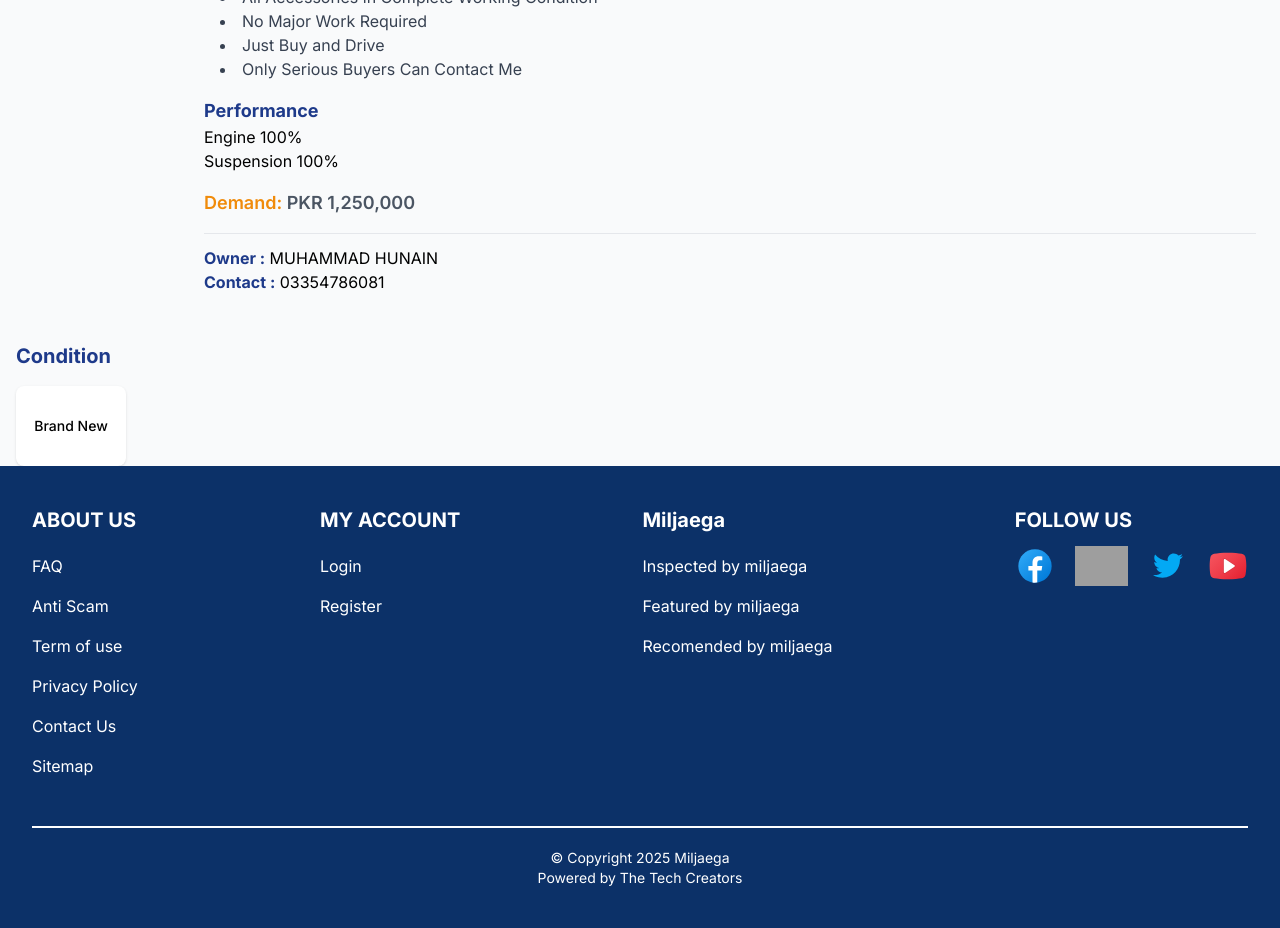
Repository: ARFA-SAEED/miljayega
Page: src/motorsPage/bikes_1.html
These files come from the project's save history. The page is drawn as it stood at one moment and after the next save; the edit follows.
The browser window is 1280 px wide. The pictures show the part of the page from y = 1202 to 2154 px (the page is 2130 px tall before and 2154 px after).
Pictures or frames that could not be fetched are drawn as grey boxes. Some web fonts or font styles are not loaded; a fallback is used. Some web libraries are served in a nearby version.

Above is the page before, as saved 2025-08-25 13:32:55.

### src/motorsPage/bikes_1.html
<!DOCTYPE html>
<html lang="en">

<head>
    <meta charset="utf-8" />
    <meta content="width=device-width, initial-scale=1.0" name="viewport" />
    <title>Miljaega.pk - Bikes 1</title>
    <script src="https://cdn.tailwindcss.com?plugins=forms,container-queries"></script>
    <link href="https://fonts.googleapis.com/css2?family=Inter:wght@400;500;600;700&display=swap" rel="stylesheet" />
    <link href="https://fonts.googleapis.com/css2?family=Poppins:wght@400;500;600;700&display=swap" rel="stylesheet" />
    <link href="https://fonts.googleapis.com/icon?family=Material+Icons" rel="stylesheet" />
    <link href="https://fonts.googleapis.com/css2?family=Lalezar&display=swap" rel="stylesheet">
    <link href="https://fonts.googleapis.com/css2?family=Noto+Nastaliq+Urdu&display=swap" rel="stylesheet">
    <script src="https://cdn.jsdelivr.net/npm/alpinejs@3.x.x/dist/cdn.min.js" defer></script>
    <script src="https://cdn.jsdelivr.net/npm/@tailwindcss/browser@4"></script>
    <link rel="stylesheet" href="./Css/miljaega-homepage.css">
    <!-- Font Awesome CDN -->
    <link href="https://cdnjs.cloudflare.com/ajax/libs/font-awesome/6.5.2/css/all.min.css" rel="stylesheet">

    <link rel="stylesheet" href="https://cdnjs.cloudflare.com/ajax/libs/font-awesome/7.0.0/css/all.min.css"
        integrity="sha512-DxV+EoADOkOygM4IR9yXP8Sb2qwgidEmeqAEmDKIOfPRQZOWbXCzLC6vjbZyy0vPisbH2SyW27+ddLVCN+OMzQ=="
        crossorigin="anonymous" referrerpolicy="no-referrer" />
</head>

<body class="bg-gray-50">

    <!-- Header -->
    <header class="bg-white shadow-sm fixed top-0 z-50 w-full">
        <div class="lg:mx-auto 2xl:mx-20 relative py-3 container px-4 sm:px-6">
            <div class="flex justify-between items-center py-3">
                <!-- Left: Logo -->
                <div class="flex-shrink-0">
                    <img src="../../../assets/images/logo.svg" alt="Logo" class="h-8 sm:h-10" />
                </div>

                <!-- Center Nav (Desktop) -->
                <nav
                    class="hidden xl:flex absolute 2xl:ms-[440px] left-1/2 transform -translate-x-1/2 space-x-6 text-sm font-medium text-gray-600">
                    <div class="flex justify-center mt-2">
                        <div class="inline-flex rounded-lg shadow-md bg-white overflow-hidden">
                            <a href="#"
                                class="px-6 py-3 text-sm font-medium text-white bg-blue-900 hover:bg-blue-900 transition duration-300 flex items-center">
                                <i class="fa-solid fa-list mr-2"></i> ALL
                            </a>
                            <a href="#"
                                class="px-6 py-3 text-sm font-medium text-pak-green hover:bg-[rgb(220,228,245)] flex items-center">
                                <i class="fa-solid fa-circle-plus mr-2"></i> NEW
                            </a>
                            <a href="#"
                                class="px-6 py-3 text-sm font-medium text-pak-green hover:bg-[rgb(220,228,245)] flex items-center">
                                <i class="fa-solid fa-recycle mr-2"></i> USED
                            </a>
                            <a href="#"
                                class="px-6 py-3 text-sm font-medium text-pak-green hover:bg-[rgb(220,228,245)] flex items-center">
                                <i class="fa-solid fa-key mr-2"></i> RENT
                            </a>
                            <a href="#"
                                class="px-6 py-3 text-sm font-medium text-pak-green hover:bg-[rgb(220,228,245)] flex items-center">
                                <i class="fa-solid fa-arrow-right-arrow-left mr-2"></i> Exchange
                            </a>
                        </div>
                    </div>
                </nav>

                <!-- Mobile Hamburger -->
                <button id="mobileMenuToggle" class="block xl:hidden text-gray-700 hover:text-primary-green">
                    <svg class="w-7 h-7" fill="none" stroke="currentColor" stroke-width="2" viewBox="0 0 24 24">
                        <path stroke-linecap="round" stroke-linejoin="round" d="M4 6h16M4 12h16M4 18h16"></path>
                    </svg>
                </button>
            </div>
        </div>
    </header>

    <!-- Mobile Menu -->
    <div id="mobileMenu"
        class="xl:hidden hidden bg-white shadow-md fixed top-[72px] left-0 right-0 z-40 max-h-[calc(100vh-72px)] overflow-y-auto">
        <div class="px-4 py-4 space-y-4 text-sm font-medium text-gray-700">
            <div class="flex justify-around text-center gap-2 flex-wrap">
                <a href="#" class="flex flex-col items-center gap-1 hover:text-primary-green">
                    <img src="./images/second-hand.png" class="w-6 h-6" /> Used
                </a>
                <a href="#" class="flex flex-col items-center gap-1 hover:text-primary-green">
                    <img src="./images/new.png" class="w-6 h-6" /> New
                </a>
                <a href="#" class="flex flex-col items-center gap-1 hover:text-primary-green">
                    <img src="./images/exchange.png" class="w-6 h-6" /> Exchange
                </a>
                <a href="#" class="flex flex-col items-center gap-1 hover:text-primary-green">
                    <img src="./images/rent.png" class="w-6 h-6" /> Rentals
                </a>
            </div>
        </div>
    </div>

    <!-- Spacer -->
    <div class="pt-[72px]"></div>

    <!-- Images Section -->
    <div class="container mx-auto px-4 mt-12">
        <div class="grid grid-cols-1 lg:grid-cols-2 gap-3">
            <div>
                <img class="w-full h-[250px] sm:h-[400px] lg:h-[513px] object-cover rounded-lg lg:rounded-l-[10px]"
                    src="https://auto.yugatech.com/wp-content/uploads/2022/09/2023-Honda-BRV-Main-2048x1024.jpg" alt="">
            </div>
            <div class="flex flex-col gap-3">
                <img class="w-full h-[200px] sm:h-[250px] object-cover rounded-lg lg:rounded-tr-[10px]"
                    src="https://hondaotodalat.com.vn/wp-content/uploads/2020/02/honda_BRV_hondaotovovankiet_vn_15.jpg"
                    alt="">
                <img class="w-full h-[200px] sm:h-[250px] object-cover rounded-lg lg:rounded-br-[10px]"
                    src="https://d31sro4iz4ob5n.cloudfront.net/upload/car/br-v-2024/feature/interior/br-v-2024-lhd-amplio-confort-y-versatilidad.jpg"
                    alt="">
            </div>
        </div>
    </div>

    <!-- Title & Buttons -->
    <div class="container mx-auto px-4 mt-6 flex flex-col lg:flex-row justify-between items-start gap-4">
        <h1 class="font-bold text-blue-900 text-xl lg:text-2xl">
            Honda BR-V (2022) MODEL | 7-Seater Crossover
        </h1>
        <div class="flex flex-wrap gap-3">
            <button class="border border-[#F08B0B] text-[#F08B0B] font-semibold rounded px-5 py-2 flex items-center">
                <i class="fa-solid fa-phone me-2"></i> Call
            </button>
            <button class="bg-blue-900 hover:bg-blue-800 text-white rounded px-5 py-2 flex items-center">
                <i class="fa-solid fa-comment me-2"></i> Chat Now
            </button>
            <button class="bg-[#4ABD7A] text-white rounded px-3 py-2 flex items-center">
                <i class="fa-brands fa-whatsapp text-lg"></i>
            </button>
            <div class="flex items-center gap-2">
                <img class="rounded-full h-10 w-10"
                    src="https://tse3.mm.bing.net/th/id/OIP.WpIMP_W3gb5bZ81rA-K2YgHaHa?pid=Api&P=0&h=220" alt="">
                <span class="text-[#F08B0B]">See Profile</span>
            </div>
        </div>
    </div>


    <!-- Price -->
    <div class="container mx-auto px-4 mt-4">
        <h1 class="text-blue-900 font-bold text-xl lg:text-2xl">
            <span class="text-lg text-[#F08B0B]">PKR</span> 1,250,000
        </h1>
        <p class="text-gray-600 text-sm mt-5 pb-3 border-b border-gray-300 border-b-2 w-[750px]">Added 3 days ago</p>
    </div>

    <div class=" p-6 ms-[180px] space-y-4">
        <h3 class="text-2xl font-bold text-blue-900">Description</h3>

        <p><span class="font-semibold text-[#F08B0B]">Registered :</span> Karachi</p>

        <ol class="list-style-type-non list-inside space-y-1 text-gray-700">
            <li><span class="font-bold text-lg ms-1 text-blue-900">Car Features</span></li>
            <ul class="list-disc  list-inside ml-4">
                <li>Honda BR-V (2022) is up for sale in Genuine Condition</li>
                <li>Immaculate Interior & Exterior</li>
                <li>Spacious 7-Seater SUV</li>
                <li>Comfortable Family Car</li>
                <li>Power Steering & Power Windows</li>
                <li>ABS Brakes & Dual Airbags</li>
                <li>Automatic Transmission</li>
                <li>Regularly Maintained with Complete Service History</li>
                <li>All Parts Genuine</li>
                <li>Non-Accidental</li>
                <li>All Accessories in Complete Working Condition</li>
                <li>No Major Work Required</li>
                <li>Just Buy and Drive</li>
                <li>Only Serious Buyers Can Contact Me</li>
            </ul>
        </ol>

        <div>
            <h4 class="font-bold text-blue-900 text-lg">Performance</h4>
            <p>Engine 100% <br> Suspension 100%</p>
        </div>

        <p class="text-lg font-semibold text-[#F08B0B]">Demand: <span class="text-gray-600">PKR 1,250,000</span></p>

        <div class="border-t pt-3">
            <p><span class="font-bold text-blue-900">Owner :</span> MUHAMMAD HUNAIN</p>
            <p><span class="font-bold text-blue-900 ">Contact :</span> 03354786081</p>
        </div>
    </div>


    <!-- Condition -->
    <div class="container mx-auto px-4 mt-6">
        <h1 class="text-blue-900 font-bold text-xl">Condition</h1>

        <div class=" mt-4 shadow rounded-lg h-20 w-[110px] bg-white items-center flex justify-center">

            <span class="text-sm font-medium">Brand New</span>
        </div>
    </div>


    <footer class="bg-[#0C3168] text-white">
        <div class="container mx-auto px-4 sm:px-6 lg:px-8 py-10">

            <!-- ✅ Mobile/Tablet (sm, md, lg): 2 Rows Layout -->
            <div class="flex  flex-wrap gap-8 lg:hidden">
                <!-- Row 1: ABOUT US + MY ACCOUNT -->
                <div class="w-full flex   gap-8">
                    <!-- ABOUT US -->
                    <div class="w-full ms-10 md:ms-0 sm:w-1/2 text-left">
                        <ul class="leading-10">
                            <li class="font-bold text-xl mb-3">ABOUT US</li>
                            <li>FAQ</li>
                            <li>Anti Scam</li>
                            <li>Term of use</li>
                            <li>Privacy Policy</li>
                            <li>Contact Us</li>
                            <li>Sitemap</li>
                        </ul>
                    </div>
                    <!-- MY ACCOUNT -->
                    <div class="w-full ms-20 md:ms-60 sm:w-1/2 text-left">
                        <ul class="leading-10">
                            <li class="font-bold text-xl mb-3">MY ACCOUNT</li>
                            <li>Login</li>
                            <li>Register</li>
                        </ul>
                    </div>
                </div>

                <!-- Row 2: Miljaega + Social -->
                <div class="w-full flex gap-8 mt-5">
                    <!-- Miljaega -->
                    <div class="w-full sm:w-1/2 ms-10 md:ms-0 text-left">
                        <ul class="leading-10">
                            <li class="font-bold text-xl mb-3">Miljaega</li>
                            <li>Inspected by miljaega</li>
                            <li>Featured by miljaega</li>
                            <li>Recomended by miljaega</li>
                        </ul>
                    </div>
                    <!-- Social -->
                    <div class="w-full ms-20 md:ms-60  sm:w-1/2 text-left leading-15">
                        <ul>
                            <li class="font-bold text-xl  mb-3">FOLLOW US</li>
                        </ul>
                        <div class=" ms-8 md:ms-0 sm:flex-wrap md:flex mt-3 gap-5">
                            <img src="../../assets/images/fb.svg" class="h-10" alt="">
                            <img src="../../assets/images/insta.svg" class="h-10" alt="">
                            <img src="../../assets/images/twitter.svg" class="h-10" alt="">
                            <img src="../../assets/images/youtube.svg" class="h-10" alt="">
                        </div>
                    </div>
                </div>
            </div>

            <!-- ✅ XL and Up: Original 4-column Layout -->
            <div class="hidden lg:block lg:flex lg:justify-between xl:gap-8">
                <!-- ABOUT US -->
                <div class="w-full sm:w-1/2 xl:w-auto mb-5 xl:mb-0  xl:text-left">
                    <ul class="leading-10">
                        <li class="font-bold text-xl mb-3">ABOUT US</li>
                        <li>FAQ</li>
                        <li>Anti Scam</li>
                        <li>Term of use</li>
                        <li>Privacy Policy</li>
                        <li>Contact Us</li>
                        <li>Sitemap</li>
                    </ul>
                </div>
                <!-- MY ACCOUNT -->
                <div class="w-full sm:w-1/2 xl:w-auto text-left mb-5 xl:mb-0">
                    <ul class="leading-10">
                        <li class="font-bold text-xl mb-3">MY ACCOUNT</li>
                        <li>Login</li>
                        <li>Register</li>
                    </ul>
                </div>
                <!-- Miljaega -->
                <div class="w-full sm:w-1/2 xl:w-auto mb-5 xl:mb-0 text-left">
                    <ul class="leading-10">
                        <li class="font-bold text-xl mb-3">Miljaega</li>
                        <li>Inspected by miljaega</li>
                        <li>Featured by miljaega</li>
                        <li>Recomended by miljaega</li>
                    </ul>
                </div>
                <!-- Social -->
                <div class="w-full sm:w-1/2 xl:w-auto text-left mb-5 xl:mb-0 leading-15">
                    <ul>
                        <li class="font-bold text-xl mb-3">FOLLOW US</li>
                    </ul>
                    <div class="flex  ustify-start mt-3 gap-5">
                        <img src="../../assets/images/fb.svg" class="h-10" alt="">
                        <img src="../../assets/images/insta.svg" class="h-10" alt="">
                        <img src="../../assets/images/twitter.svg" class="h-10" alt="">
                        <img src="../../assets/images/youtube.svg" class="h-10" alt="">
                    </div>
                </div>
            </div>

            <!-- Footer bottom -->
            <div class="text-center border-t-2 border-white mt-10 pt-5 text-sm">
                <p>© Copyright 2025 Miljaega <br>Powered by The Tech Creators</p>
            </div>
        </div>
    </footer>

    <script>
        // Mobile menu toggle
        document.addEventListener("DOMContentLoaded", () => {
            const toggleBtn = document.getElementById("mobileMenuToggle");
            const mobileMenu = document.getElementById("mobileMenu");
            toggleBtn.addEventListener("click", () => {
                mobileMenu.classList.toggle("hidden");
            });
        });
    </script>

</body>

</html>

### assets/Css/miljaega-homepage.css
 :root {
   --primary-green: #0B6847;
 }

 body {
   font-family: 'Inter', sans-serif;
   background-color: #f8fafc;
 }

 .text-primary-green {
   color: var(--primary-green);
 }

 .bg-primary-green {
   background-color: #003E3E;
 }

 .border-primary-green {
   border-color: var(--primary-green);
 }

 .card {
   @apply bg-white rounded-lg shadow-[0_4px_6px_-1px_rgba(0, 0, 0, 0.1), 0_2px_4px_-2px_rgba(0, 0, 0, 0.1)] transition-transform duration-200;
 }

 .card:hover {
   transform: translateY(-5px);
 }

 .verified-badge {
   @apply text-blue-600 text-base;
 }


 /* Sell Button */
 ._520955ba {
   position: relative;
   overflow: hidden;
   border-radius: 4px;
 }

 header {
   z-index: 100;
 }

 .fbf39733 {
   background-color: #ffffff;
   /* Green background */
   border: none;
   cursor: pointer;
 }

 ._6257aca6 {
   object-fit: contain;
   z-index: 1;
 }


 ._948d9e0a {
   position: relative;
   z-index: 2;
 }

 ._27a68d65 {
   display: flex;
   align-items: center;
 }

 .b2e0090c {
   padding: 8px 16px;
 }

 ._371e9918 {
   color: white;
 }

 ._6041419a {
   margin-right: 8px;
 }

 ._8206696c {
   font-weight: 900;
 }

 .b7af14b4 {
   font-size: 12px;
 }

 .dd240920 {
   line-height: 1.5;
 }

 @import url('https://fonts.googleapis.com/css2?family=Inter:wght@300;400;500;600;700&display=swap');

 body {
   font-family: 'Inter', sans-serif;

 }

 .card-hover {
   transition: all 0.3s ease;
   box-shadow: 0 4px 6px rgba(0, 0, 0, 0.05);
 }

 .card-hover:hover {
   transform: translateY(-5px);
   box-shadow: 0 10px 25px rgba(0, 0, 0, 0.1);
 }

 .image-hover {
   transition: transform 0.5s ease;
 }

 .status-dot {
   position: absolute;
   bottom: 5px;
   right: 10px;
   width: 12px;
   height: 12px;
   background-color: #1dbf73;
   border: 2px solid white;
   border-radius: 50%;
   z-index: 10;
   box-shadow: 0 0 0 2px rgba(29, 191, 115, 0.3);
 }

 .status-pulse {
   position: absolute;
   bottom: -1px;
   right: -1px;
   width: 16px;
   height: 16px;
   background-color: rgba(29, 191, 115, 0.4);
   border-radius: 50%;
   z-index: 5;
   animation: pulse 1.5s infinite;
 }

 @keyframes pulse {
   0% {
     transform: scale(0.8);
     opacity: 0.7;
   }

   70% {
     transform: scale(1.5);
     opacity: 0;
   }

   100% {
     transform: scale(0.8);
     opacity: 0;
   }
 }

 .star-container {
   display: inline-flex;
   align-items: center;
   margin-left: -8px;
 }

 .star-full {
   color: #f2880f;
   position: relative;
 }

 .star-full::before {
   content: "★";
   position: absolute;
   color: white;
   font-size: 15px;
   top: 2px;
   left: 2px;
 }

 .star-half {
   position: relative;
   width: 20px;
   height: 20px;
 }

 .star-half-left {
   position: absolute;
   left: 0;
   width: 50%;
   height: 100%;
   background: #ff643d;
   border-top-left-radius: 3px;
   border-bottom-left-radius: 3px;
 }

 .star-half-right {
   position: absolute;
   right: 0;
   width: 50%;
   height: 100%;
   background: rgba(200, 201, 202, 0.48);
   border-top-right-radius: 3px;
   border-bottom-right-radius: 3px;
 }

 .star-half::before {
   content: "★";
   position: absolute;
   color: white;
   font-size: 15px;
   top: 2px;
   left: 2px;
   z-index: 10;
 }

 .badge {
   transition: all 0.3s ease;
 }

 .badge:hover {
   transform: scale(1.05);
 }

 .arrow-tab {
   position: relative;
   padding: 0.75rem 2rem;
   display: flex;
   align-items: center;
   justify-content: center;
   clip-path: polygon(0 0, calc(100% - 20px) 0, 100% 50%, calc(100% - 20px) 100%, 0 100%, 20px 50%);
   margin-left: -18px;
   cursor: pointer;
   transition: all 0.2s ease;
 }

 .arrow-tab:first-child {
   clip-path: polygon(0 0, calc(100% - 20px) 0, 100% 50%, calc(100% - 20px) 100%, 0 100%);
   margin-left: 0;
   padding-left: 3rem;
 }

 .arrow-tab.active {
   background-color: #1e3a8a;
   /* Tailwind's blue-900 */
   color: white;
   z-index: 10;
 }

 .arrow-tab:not(.active):hover {
   background-color: #ced8f3;
   /* Light gray on hover */
 }

 @media (min-width: 1024px) and (max-width: 1028px) {
   .custom-mt {
     margin-top: 10px;
     /* Equivalent to mt-9 */
   }
 }

 .thumbnail {
   transition: all 0.2s ease;
 }

 .thumbnail:hover {
   transform: scale(1.05);
   box-shadow: 0 0 5px rgba(59, 130, 246, 0.5);
 }

 #main-image {
   transition: opacity 0.3s ease;
 }



 .scrollbar-hide::-webkit-scrollbar {
   display: none;
 }

 .scrollbar-hide {
   -ms-overflow-style: none;
   scrollbar-width: none;
 }

 .search-dropdown {
   display: none;
   position: absolute;
   top: 100%;
   /* directly below input */
   left: 0;
   width: 100%;
   max-height: 400px;
   overflow-y: auto;
   /* only scroll when necessary */
   z-index: 999999;
   /* way above all site content */
   background: white;
   border: 1px solid #e5e7eb;
   border-radius: 0.5rem;
   box-shadow: 0 4px 6px -1px rgba(0, 0, 0, 0.1),
     0 2px 4px -1px rgba(0, 0, 0, 0.06);
 }

 .search-dropdown-section {
   padding-left: 13px;
   padding-right: 13px;
   padding-bottom: 10px;

 }

 .search-dropdown-section:last-child {
   border-bottom: none;
 }

 .search-dropdown-item {
   padding: 0.5rem;
   cursor: pointer;
   border-radius: 0.25rem;
   background-color: white;
 }

After the next save:
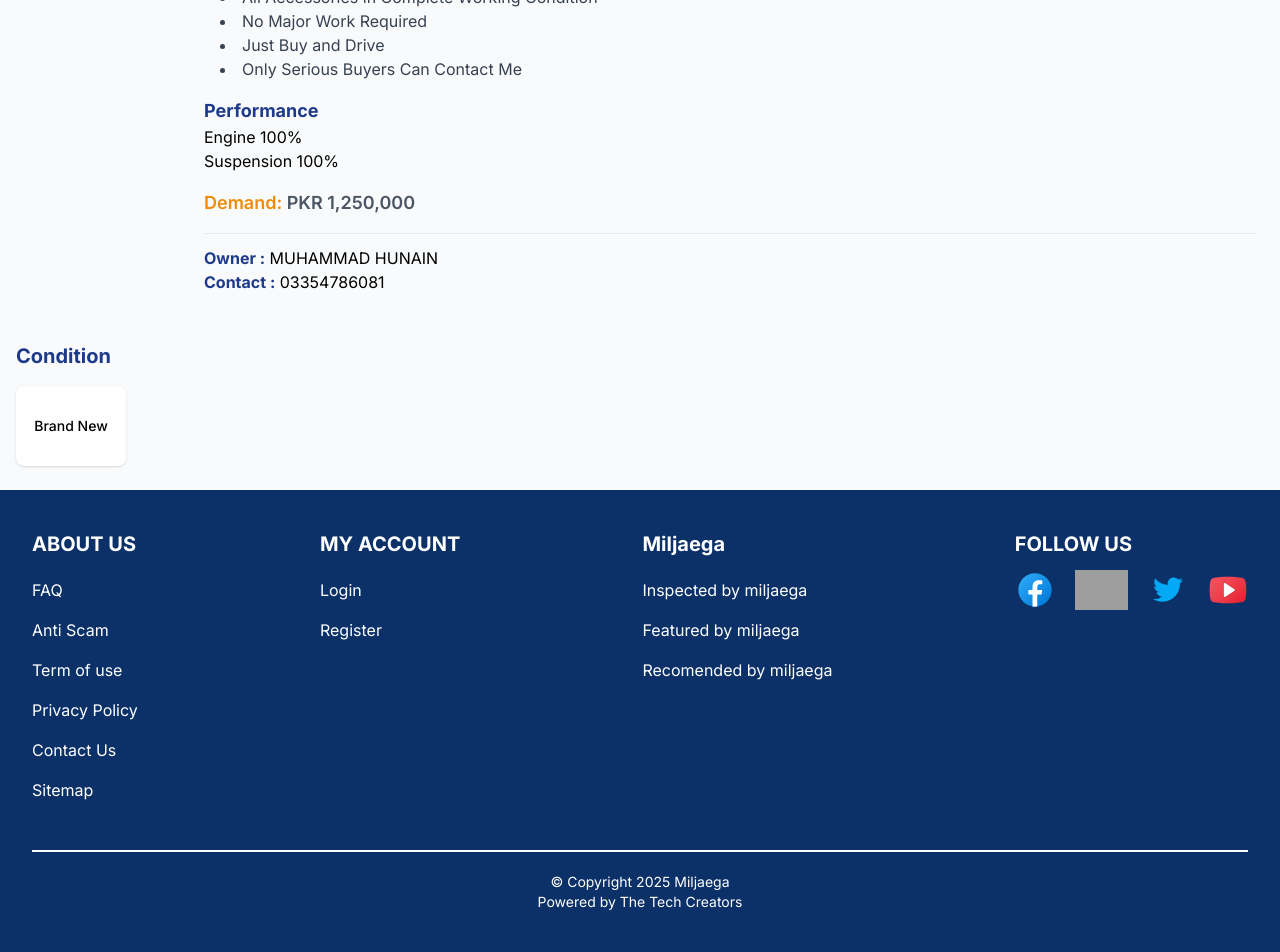
Saved 8 s later.
--- a/src/motorsPage/bikes_1.html
+++ b/src/motorsPage/bikes_1.html
@@ -186,7 +186,7 @@
 
 
     <!-- Condition -->
-    <div class="container mx-auto px-4 mt-6">
+    <div class="container mx-auto px-4 mt-6 mb-6">
         <h1 class="text-blue-900 font-bold text-xl">Condition</h1>
 
         <div class=" mt-4 shadow rounded-lg h-20 w-[110px] bg-white items-center flex justify-center">
